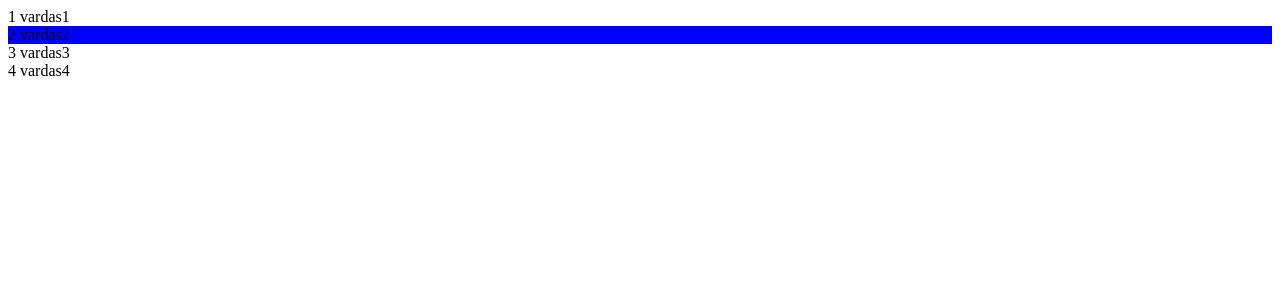
Repository: motiejus1/27-paskaita-05.31
Page: index.html
These files come from the project's save history. The page is drawn as it stood at one moment and after the next save; the edit follows.
The browser window is 1280 px wide. The pictures show the whole page.

Above is the page before, as saved 2021-07-15 19:10:34.

After the next save:
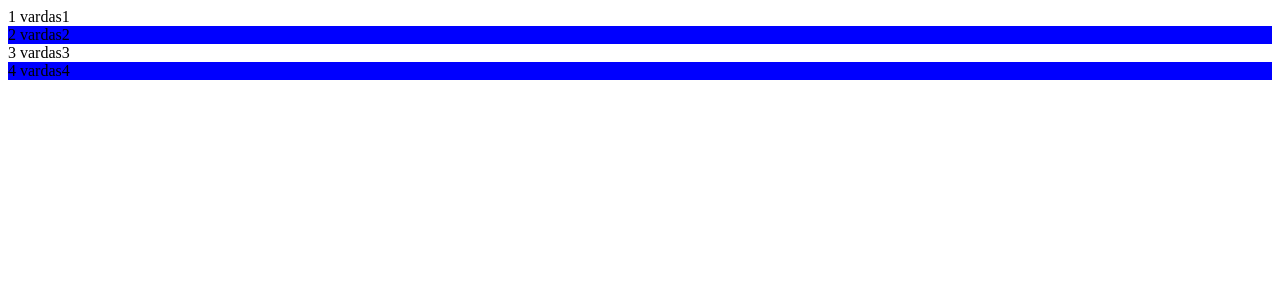
Saved 7 s later.
--- a/index.html
+++ b/index.html
@@ -16,7 +16,7 @@
         <div>1 vardas1 </div>
         <div class="melynas">2 vardas2 </div>
         <div>3 vardas3 </div>
-        <div>4 vardas4 </div>
+        <div class="melynas">4 vardas4 </div>
     </div>
     <script>
         "use strict";
